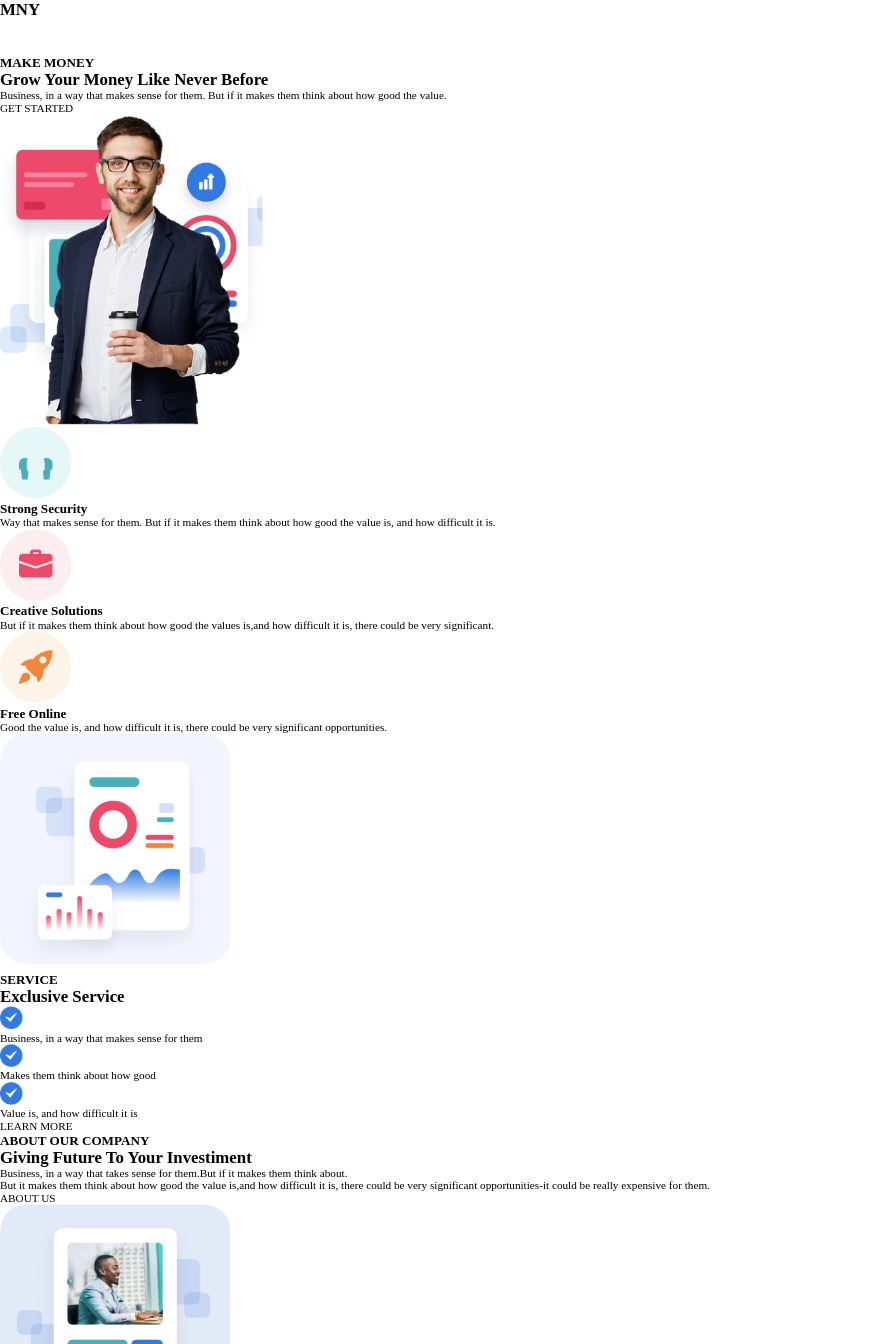
Repository: juniorAntunes910/Make-Money-Design-Avaliacao
Page: index.html
The author's editor kept a copy of each file at every save. The page is drawn from the files as they stood at one save, then again after a run of saves.
The browser window is 1280 px wide. The pictures show the part of the page from y = 0 to 1920 px (the page is 4361 px tall before and 4432 px after), at 70% of full size.

Above is the page before, as saved 2026-03-13 08:08:25.

After the next 4 saves:
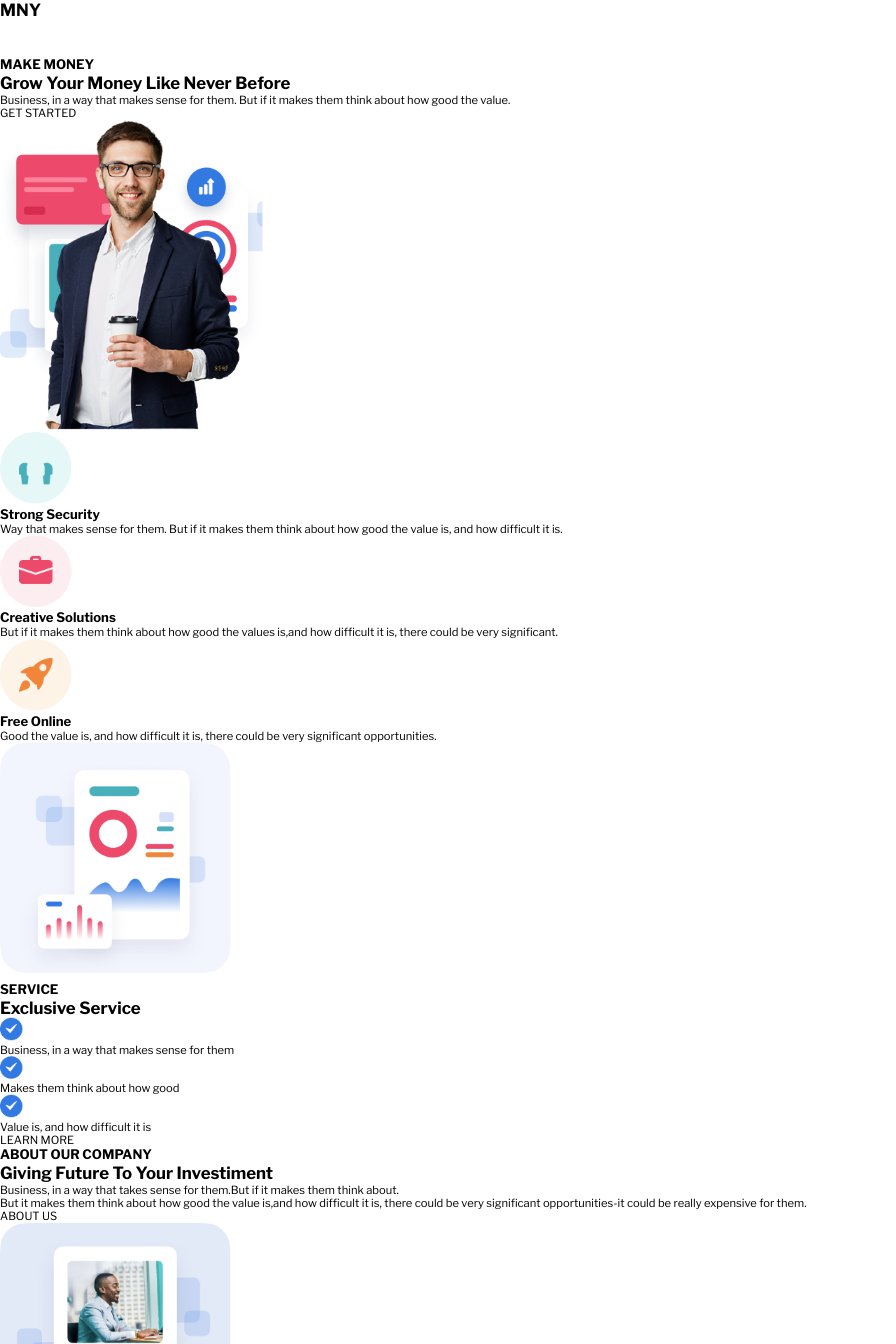
The 4 saves are shown as one change because they came seconds apart.
The last was saved 13 s later.
--- a/style.css
+++ b/style.css
@@ -8,7 +8,7 @@
 }
 
 /*Variaveis */
-:root{
+:root {
     /*Cores*/
     --color-primary: #3279E2;
     --color-primary-light: #CACAEB;
@@ -18,7 +18,7 @@
     --color-text-main: #333333;
     --color-text-opacity: #333333BF;
     --color-subtitle: #AAC4EA;
-    --color-bg-about:#ECF1FA;
+    --color-bg-about: #ECF1FA;
     --color-line: #D5D6E1;
     --color-border-opacity: #3279E24D;
     --color-white-opacity: #FFFFFF80;
@@ -38,3 +38,7 @@
 }
 
 /*Globais */
+
+body {
+    font-family: "Libre Franklin", sans-serif;
+}
